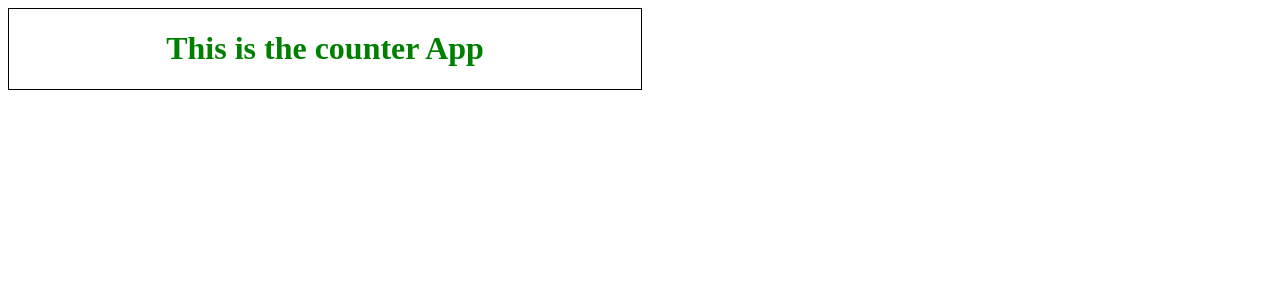
Repository: Gauravyadav678/GcounterApp
Page: / (app in gcounter/)
These files come from the project's save history. The page is drawn as it stood at one moment and after the next save; the edit follows.
The browser window is 1280 px wide. The pictures show the whole page.
The project was rebuilt for these pictures with package versions that can differ from the ones it lists, and the page was loaded fresh each time. Also part of the build but not shown: gcounter/src/index.css.

Above is the page before, as saved 2024-10-22 17:12:40.

After the next save:
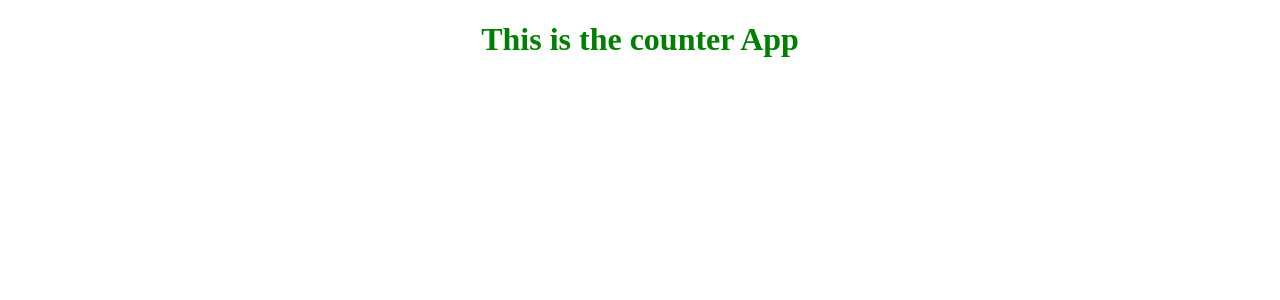
Saved 6 s later.
--- a/gcounter/src/App.css
+++ b/gcounter/src/App.css
@@ -1,6 +1,5 @@
 .App{
   text-align: center;
   color: green;
-  border: 1px solid black;
-  width: 50%;
+
 }
